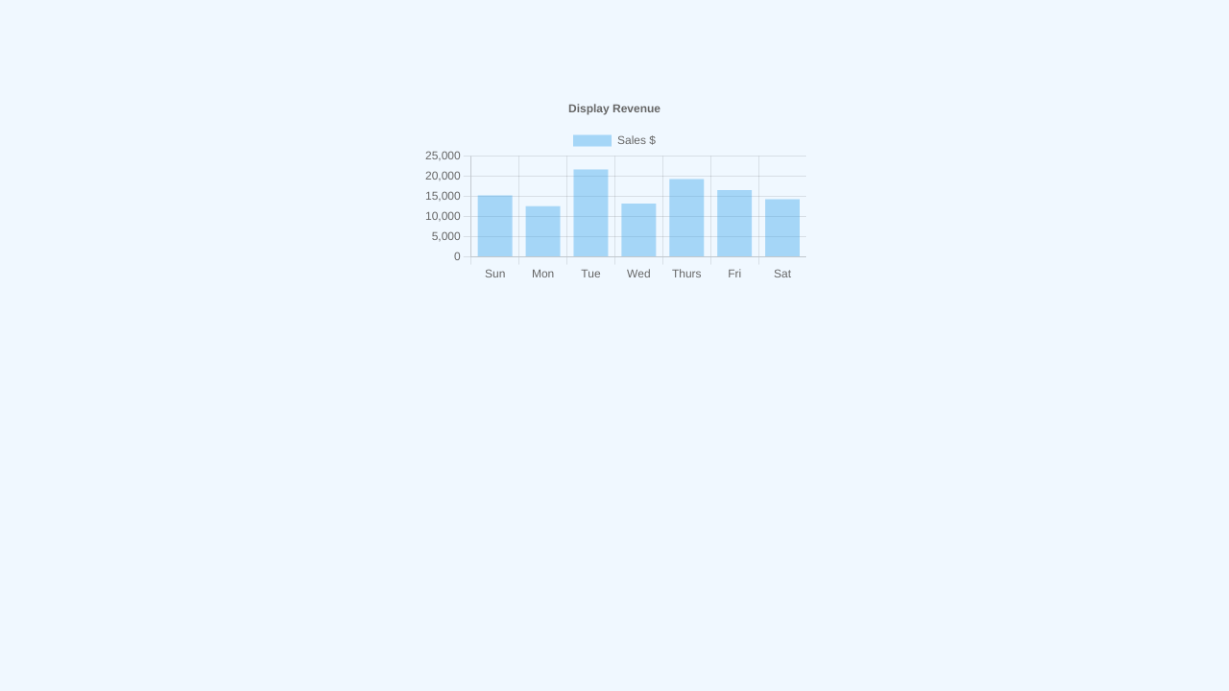
Repository: RonanKhalilOlaes/Week-12-chartActivity
Page: /
An editor plug-in stored every save of this project. The page is shown before and after the next save, followed by the edit.
The browser window is 1280 px wide. The pictures show the whole page, at 96% of full size.
The project was rebuilt for these pictures with package versions that can differ from the ones it lists, and the page was loaded fresh each time. The framework's server and built-in components were replaced by stand-ins that run in the browser. Also part of the build but not shown: next.config.js.

Above is the page before, as saved 2023-03-20 10:41:52.

After the next save:
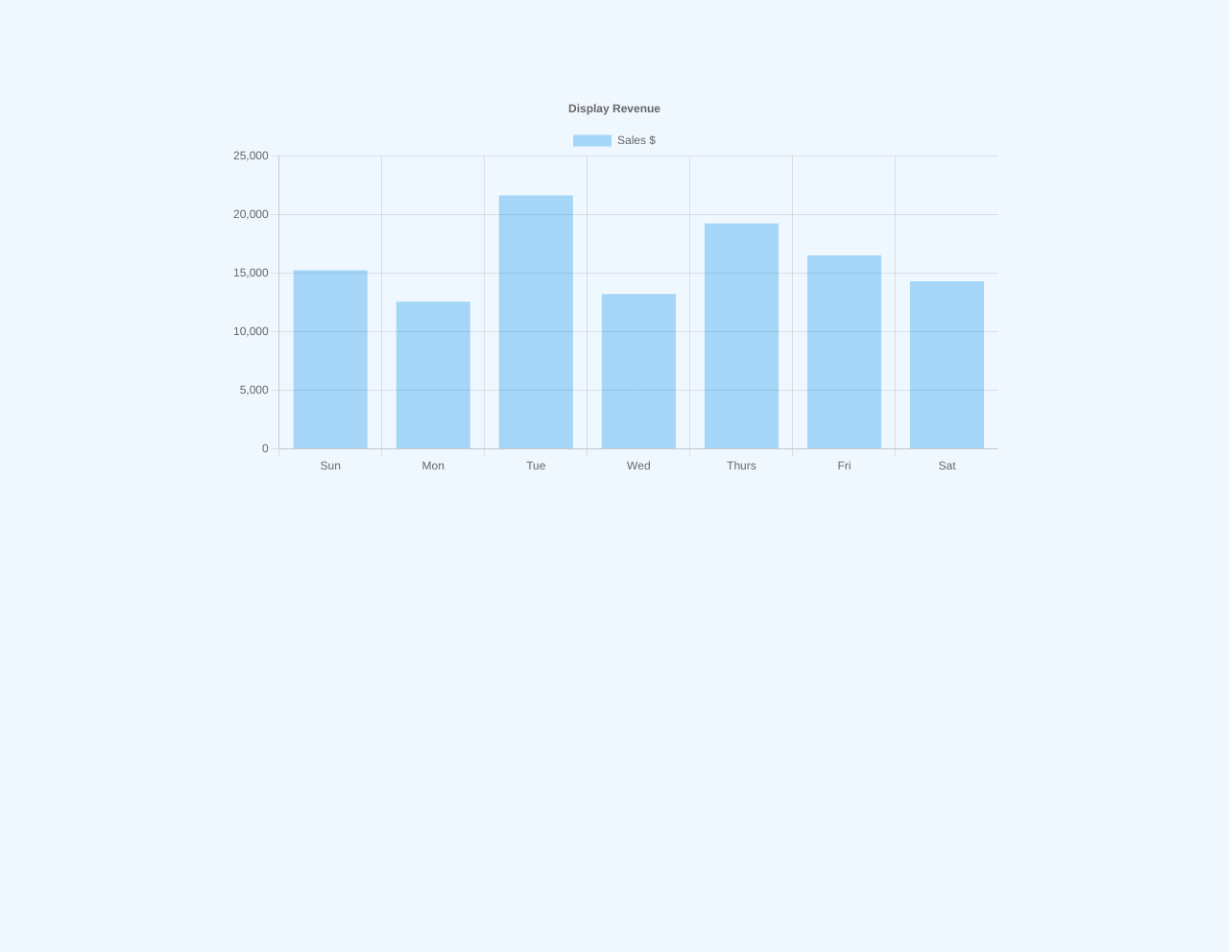
Saved 32 s later.
--- a/components/BarChart/BarChart.module.css
+++ b/components/BarChart/BarChart.module.css
@@ -1,4 +1,4 @@
 .container {
-    width: 400px;
-    height: 400px;
+    width: 800px;
+    height: 800px;
 }
